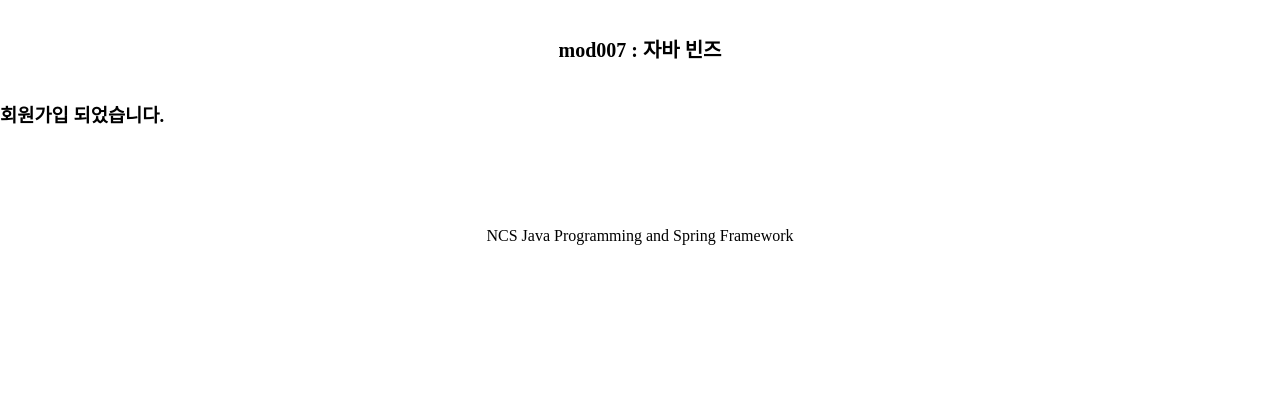
Repository: zeroj-0/eclipseProjects
Page: http://localhost/jv301/mod010/success.jsp
These files come from the project's save history. The page is drawn as it stood at one moment and after the next save; the edit follows.
The browser window is 1280 px wide. The pictures show the whole page.
The page is served by Tomcat 9.

Above is the page before, as saved 2022-07-06 06:49:04.

After the next save:
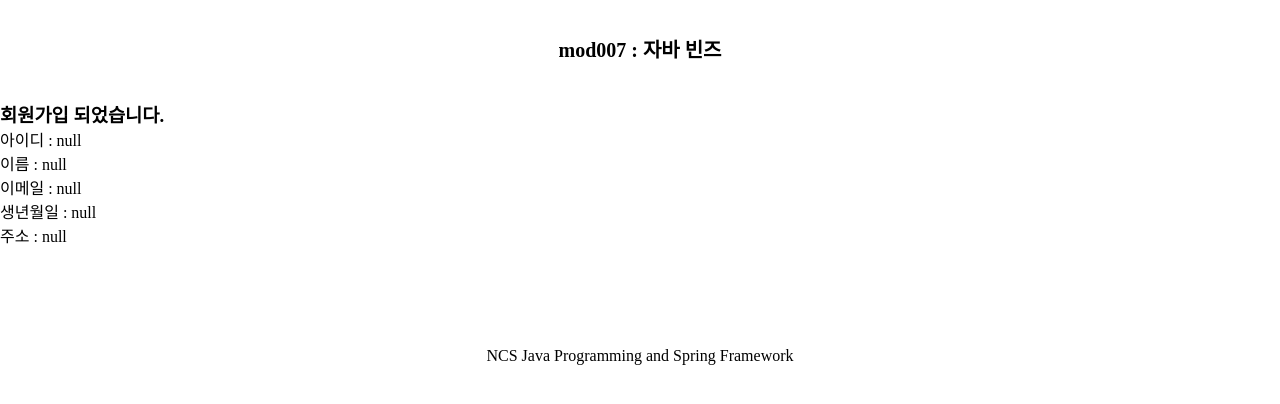
Saved 30 min 21 s later.
--- a/jv301/src/main/webapp/mod010/success.jsp
+++ b/jv301/src/main/webapp/mod010/success.jsp
@@ -18,9 +18,12 @@
 		<div id="content-wrapper">
 			<h3>회원가입 되었습니다.</h3>
 			<%-- User클래스에서의 던져준 객체의 프로퍼티를 가져오는 것 --%>
-			<c:forEach var = "user" items="${userList}">
-				<h3>안녕하세요</h3>
-			</c:forEach>
+			<jsp:useBean id="user" class="com.varxyz.jv301.mod009.User" scope="request"/>
+			아이디 : <jsp:getProperty property="userId" name="user"/><br>
+			이름 : <jsp:getProperty property="userName" name="user"/><br>
+			이메일 : <jsp:getProperty property="email" name="user"/><br>
+			생년월일 : <jsp:getProperty property="ssn" name="user"/><br>
+			주소 : <jsp:getProperty property="addr" name="user"/><br>
 		</div>
 		<div id="footer">
 			<%@ include file="/incl/footer.jsp" %>

After the save that followed:
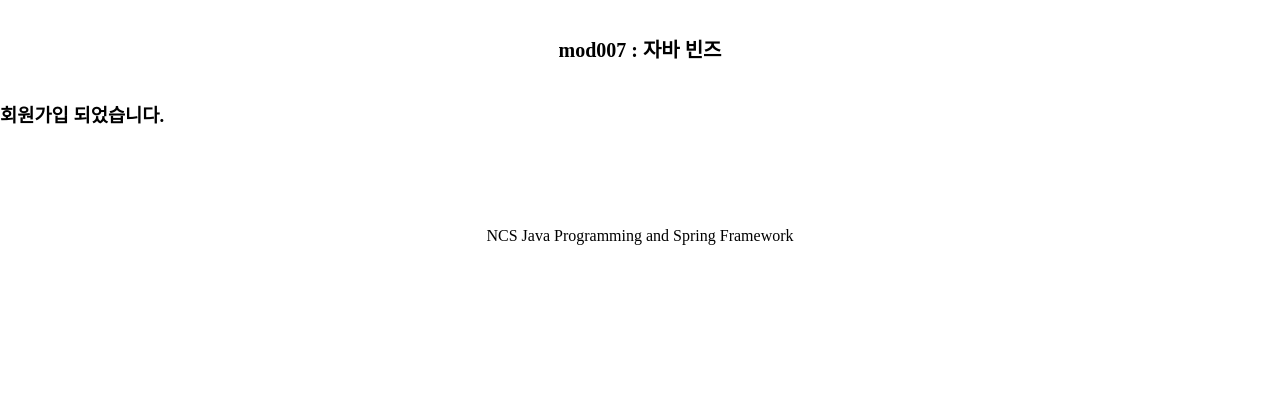
Saved 5 min 25 s later.
--- a/jv301/src/main/webapp/mod010/success.jsp
+++ b/jv301/src/main/webapp/mod010/success.jsp
@@ -18,12 +18,9 @@
 		<div id="content-wrapper">
 			<h3>회원가입 되었습니다.</h3>
 			<%-- User클래스에서의 던져준 객체의 프로퍼티를 가져오는 것 --%>
-			<jsp:useBean id="user" class="com.varxyz.jv301.mod009.User" scope="request"/>
-			아이디 : <jsp:getProperty property="userId" name="user"/><br>
-			이름 : <jsp:getProperty property="userName" name="user"/><br>
-			이메일 : <jsp:getProperty property="email" name="user"/><br>
-			생년월일 : <jsp:getProperty property="ssn" name="user"/><br>
-			주소 : <jsp:getProperty property="addr" name="user"/><br>
+			<c:forEach var="user" items="${user}">
+				${user.getUserName()}
+			</c:forEach>
 		</div>
 		<div id="footer">
 			<%@ include file="/incl/footer.jsp" %>
